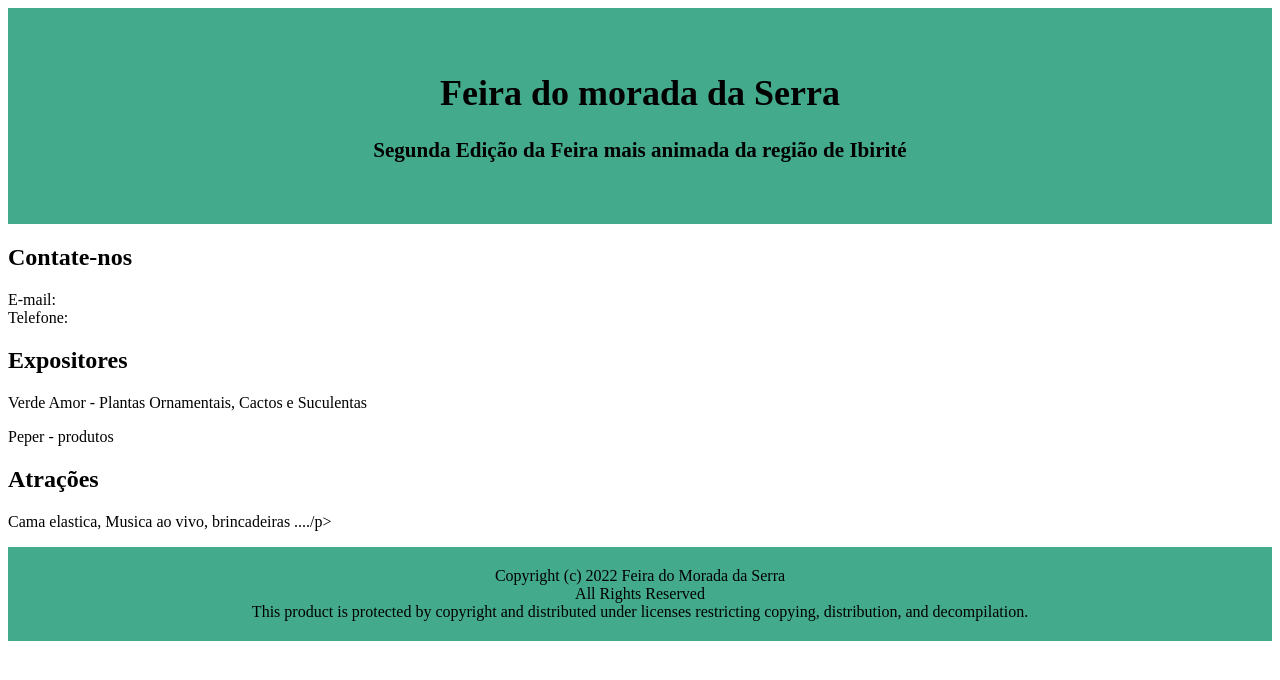
Repository: valerianogueirasilva/feiraibirite
Page: SoacialProject/Index.html
The author's editor kept a copy of each file at every save. The page is drawn from the files as they stood at one save, then again after the next save.
The browser window is 1280 px wide. The pictures show the whole page.

Above is the page before, as saved 2022-07-11 14:53:19.

### SoacialProject/Index.html
<!DOCTYPE html>
<html>
<head>
<meta charset="ISO-8859-1">
<title>Feira Social do Morada da Serra</title>
<link rel="stylesheet" type="text/css" href="Css/cssfile.css" >
<header id="HeaderId" class="HeaderClass">
<h1 id="H1HeaderId" class="H1HeaderClass">Feira do morada da Serra</h1>
<h3 id="H3HeaderId" class="H3HeaderClass">Segunda Edição da Feira mais animada da região de Ibirité</h3>
</header>

</head>
<body>

<div class="row">
  <div class="column side">
    <h2>Contate-nos</h2>
    <p>E-mail: <br> Telefone: <br> </p>
  </div>

  <div class="column middle">
    <h2>Expositores</h2>
    <p id="VerdeAmorId" class="VerdeAmorClass"> Verde Amor - Plantas Ornamentais, Cactos e Suculentas</p>
    <p id="PeperId" Class="PeperClass"> Peper - produtos </p>
  </div>

<div class="column side">
    <h2>Atrações</h2>
    <p>Cama elastica, Musica ao vivo, brincadeiras ..../p>
  </div>
</div>


<footer ide="FooterId" class="FooterClass" >Copyright (c) 2022 Feira do Morada da Serra <br> All Rights Reserved <br>

This product is protected by copyright and distributed under
licenses restricting copying, distribution, and decompilation. </footer>

</body>
</html>

### SoacialProject/Css/cssfile.css
/*
Author: Valeria Nogueira
Date: 11 july 2022
Section: Social Project

https://coolors.co/f94144-f3722c-f8961e-fdc9b0-f9c74f-74a94c-43aa8b-4f9290-ffffff-040d10
*/

.HeaderClass {
   text-align: center;
   background: #43AA8B;
   padding: 40px;
   font-size: 18px;
}














.FooterClass {
	text-align: center;
	padding: 20px;
	background: #43AA8B;
}

After the next save:
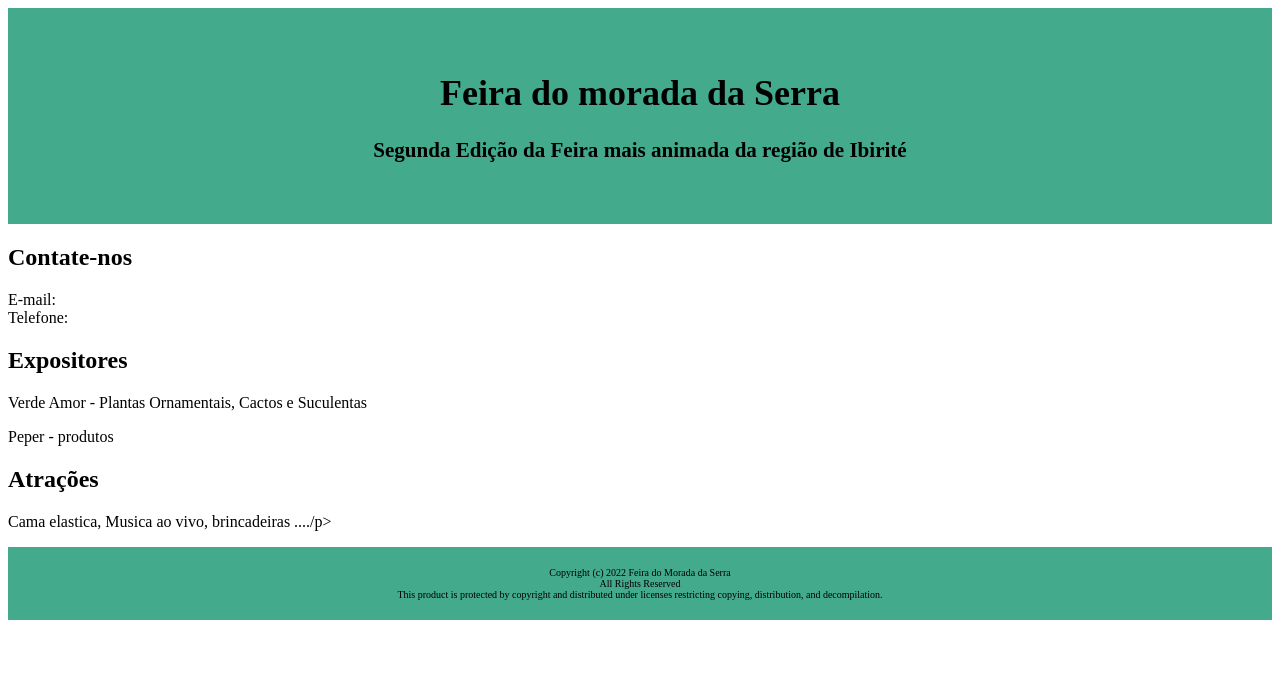
Saved 27 s later.
--- a/SoacialProject/Css/cssfile.css
+++ b/SoacialProject/Css/cssfile.css
@@ -30,4 +30,5 @@ https://coolors.co/f94144-f3722c-f8961e-fdc9b0-f9c74f-74a94c-43aa8b-4f9290-fffff
 	text-align: center;
 	padding: 20px;
 	background: #43AA8B;
+	font-size: 10px;
 }
